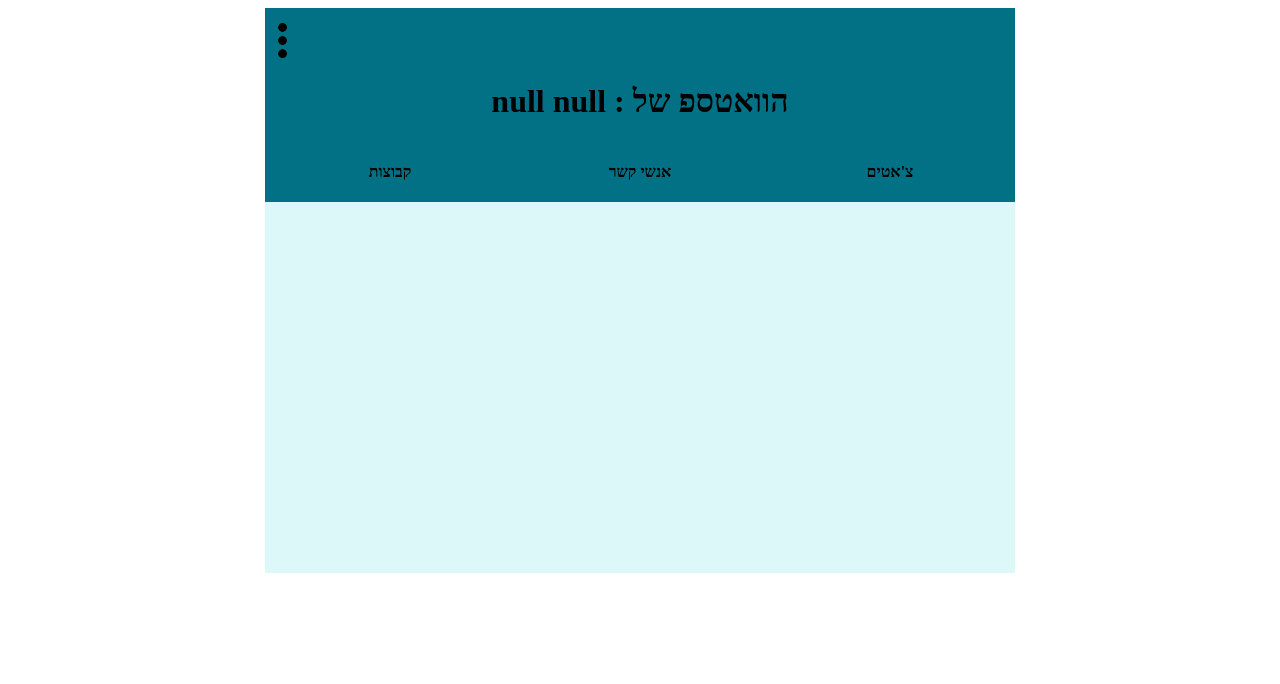
Repository: shlomoYosefi/whatsapp-spring-mongo
Page: whatsapp-client/whatsapp/whatsapp.html
The author's editor kept a copy of each file at every save. The page is drawn from the files as they stood at one save, then again after a run of saves.
The browser window is 1280 px wide. The pictures show the whole page.
The page's requests for data from a server got no answer.

Above is the page before, as saved 2021-08-11 15:06:57.
Console error: SyntaxError: Unexpected token 'async'

### whatsapp-client/whatsapp/whatsapp.html
<!DOCTYPE html>
<html lang="en">

<head>
    <meta charset="UTF-8">
    <meta name="viewport" content="width=device-width, initial-scale=1.0">
    <meta http-equiv="X-UA-Compatible" content="ie=edge">
    <link rel="stylesheet" href="style.css">
    <title>Document</title>
</head>

<body>

    <div class="conteiner">
        <div class="myWhatsapp" >

            <div style="background-color: rgb(2, 113, 133);" >
                <div class="menu">
                    <img id="menu" onclick="menu()" src="../images/burger.png" srcset="">
                    <ul id="ul">
                        <span id="addGroupSpan" style="cursor: pointer" onclick="selectMenue(this.id)">הוסף קבוצה</span>
                    </ul>

                    <div id="addGroup">
                        <div class="nameGroup">
                            <label for="">שם קבוצה:</label>
                            <input id="nameGrup" type="text">
                        </div>
                        <button id="buttonAddGroup" onclick="addGroupName()">הוסף</button>
                    </div>

                    <div class="addUserToGroup">
                        <div id="addUserToMenu">


                        </div>
                    </div>



                </div>
                <h1 id="title" class="title"><b><u></u> </u></b></h1>
                <div class="list-select">
                    <h4 id="group" onclick="selectNav(this.id)">קבוצות</h4>
                    <h4 id="users" onclick="selectNav(this.id)">אנשי קשר</h4>
                    <h4 id="messages" onclick="selectNav(this.id)">צ'אטים</h4>
                </div>
            </div>
            <div id="content" class="content">
            </div>
            <div id="send-message" class="send-message">
                <textarea id="sendText" dir="rtl" name="" id="" cols="30" rows="10"></textarea>
                <button style="width: 99%;height: 30px;" onclick="sendMessage()">שלח</button>
            </div>
        </div>



        <script type="module" src="service.mjs"></script>
        <script src="router.js"></script>
        <script src="functionsToHtml.js"></script>

</body>

</html>

### whatsapp-client/whatsapp/style.css
.myWhatsapp{
    margin: auto;
    text-align: center;
    min-width: 500px;
    max-width: 750px;
    height: 100%;
    position: relative;
}


.title{
    /* padding-top: 30px; */
}

h4{
    cursor: pointer;
}


.content{
    direction: rtl;
    margin: auto;
    background-color: rgb(244, 248, 248);
    min-width: 500px;
    max-width: 750px;
    height: 50vh;
    background-color: rgb(220, 248, 248);
    overflow: auto;
    padding-top: 11px

    /* border: solid 1px; */
}

.menu{
    text-align: left;
    padding-top: 15px
}
#menu{
    width: 35px;
    height: 35px;
    cursor: pointer;
}
#ul{
    box-shadow: 0 4px 8px 0 rgba(0, 0, 0, 0.2), 0 6px 20px 0 rgba(0, 0, 0, 0.19);
    display: none;
    width: 130px;
    min-height: 100px;
    background-color: rgb(188, 199, 199);
    position: fixed;
}
#addGroupSpan{
    padding: 10px;
}


.addUserToGroup{
    background-color: aliceblue;
    width: 60%;
    justify-content: center;
    text-align: center;
}


#addGroup{
    box-shadow: 0 4px 8px 0 rgba(0, 0, 0, 0.2), 0 6px 20px 0 rgba(0, 0, 0, 0.19);
    position: absolute;
    width: 400px;
    height: 235px;
    background-color: rgb(231, 228, 225);
    text-align: center;
    display: none;

}

.nameGroup{
    justify-content: center;
    margin-top: 100px;
    display: flex;
    direction: rtl;
    padding-bottom: 30px;
}

.list-select{
    display: flex;
    justify-content: space-between;
    width: 80%;
    margin: auto;
}

textarea{
    min-width: 99%;
    height: 10vh;
    background-color: rgb(255, 246, 246)
}

.send-message{
    display: none;
}

.msgName{
    display: flex;
    /* padding-bottom: 10px; */
}

.wrapMessage{
    height: 70px;
    cursor: pointer;
    padding-right: 10px;


}

#spanName{
    padding-right: 20px;
    width: 70%;
    text-align: right
}


.msgText{
    width: 40%;
    text-align: right;
    padding: 15px;
}

#spanTextMsg{}

#msgText{
    padding-right: 20px;
}

.time{
    padding-right: 60px;
    display: flex;
    flex-direction: column
}

.wrapMessageMsg{
    min-height:50px ;
    cursor: pointer;
}

.msg{
    display: flex;
    padding-right: 30px;
    max-width: 290px;
    direction: rtl;
    border: solid 1px;
    border-radius: 50px;
    cursor: pointer;
}

.timeMsg{
    width: 40%;
    display: flex;
    flex-direction: column;
    padding: 15px
}
span{
    min-width: 139px;
}
h4{
    width: 100px;
}
.active{
    background-color: rgb(235, 236, 236)
}
#wrapreciver{
    direction: ltr
}
#spanreciver{
    direction: ltr
}


#reciver{
    background-color: rgb(172, 248, 128)
}

### whatsapp-client/whatsapp/service.mjs


// const urlMessages = "http://localhost:30000/messages/"
const senderId = localStorage.getItem("username")
const nameCurrentUser = localStorage.getItem("name") +" " + localStorage.getItem("lastname")

document.getElementById("title").innerHTML += `${nameCurrentUser} : הוואטספ של`


getAllMessages(senderId)

### whatsapp-client/whatsapp/router.js

var xhttp = new XMLHttpRequest();

function routerFunctions(method, url, callBack) {
    xhttp.open(method, url, true);
    xhttp.send();
    console.log("flkgfklfklfkhlf");

    xhttp.onreadystatechange = function () {
        if (this.readyState == 4 && this.status == 200) {
            console.log("request");
            if (callBack) {
                callBack(xhttp.responseText)
            }
        }
    };

}

### whatsapp-client/whatsapp/functionsToHtml.js
// import { getAllMessagesByUserService } from "./service.mjs";

const urlMessages = "http://localhost:8080/api/v1/messages/"
const urlMessagesGroup = "http://localhost:8080/api/v1/messagesGroups/"
const urlUsers = "http://localhost:8080/api/v1/users/";
const urlGroups = "http://localhost:8080/api/v1/group/"


let currentUser = localStorage.getItem("username")
let content = document.getElementById("content")
let sendText = document.getElementById("sendText")
let ul = document.getElementById("ul");
let addGroup = document.getElementById("addGroup");
let addGroupSpan = document.getElementById("addGroupSpan");


let reciver = ""
let nameGroup=""
let users = [];
let allUsers =[]
let allGroups =[]
let messages = [];
let nameUser = "";
let activeNav = ""
let nameReciver=""

selectNav("messages")




function getUsers(val) {
    if(val){
    allUsers =[]
    val = JSON.parse(val);
    for (i in val){
        if(val[i].email == currentUser)continue;
        allUsers.push(val[i])
    }
    writeToHtmlAllUsers();
}
}

function getAllGroupsValues(val){
    allGroups =[]
    val = JSON.parse(val);
    for (i in val){
        allGroups.push(val[i])
    }
    writeToHtmlAllGroups();
}





function getAllMessagesOfSender(val) {
    if(val){
    users = []
    messages = []
    const valParse = JSON.parse(val)
    for (i in valParse) {

        nameSender = ""
        if (valParse[i].receiverId == localStorage.getItem("username")) {
            nameUser = valParse[i].senderId
            nameSender = valParse[i].senderName
        }
        else if (valParse[i].senderId == localStorage.getItem("username")) {
            nameUser = valParse[i].receiverId;
            nameSender = valParse[i].reciverName
        }
        if (users.includes(nameUser)) continue;
        valParse[i].timeString = valParse[i].timeString
        if (valParse[i].text.length > 35) {
            valParse[i].text = valParse[i].text.substring(0, 25) + "  ...  "
        }
        users.push(nameUser)
        valParse[i]["name"] = nameSender

        messages.push(valParse[i])

    }
    writeToHtmlUsers();
}
}


function getAllMessagesOfGroups(val){
    messages =[]
    const valParse = JSON.parse(val)
    for (i in valParse) {
        valParse[i].timeString = valParse[i].timeString
        messages.push(valParse[i])
    }
    writeToHtmlMessages()
}




function getAllMessagesByUser(val) {
    messages = []
    const valParse = JSON.parse(val)
    for (i in valParse) {
        valParse[i].timeString = valParse[i].timeString
        messages.push(valParse[i])
    }
    writeToHtmlMessages();
}


function addGroupName(){
    let textName =document.getElementById("nameGrup").value;
    if(textName !=""){
        addGroup.style.display = "none";
        let dataJson = { "name": textName, "creator": currentUser}
        routerFunctions("POST",`${urlGroups}`,printResult,dataJson);
    }
}


function getCliceGroup(name){
    nameGroup = name
    routerFunctions("GET",`${urlMessagesGroup}getMessagesByGroup?group=${name}`,getAllMessagesOfGroups);
    addGroupSpan.innerHTML ="הוסף חבר לקבוצה"
    addGroupSpan.id = 'addUserToGroup';

    nameReciver =""
}



function getCliceUser(userName,index) {

    routerFunctions("GET", `${urlMessages}getMessages?sender=${currentUser}&reciver=${userName}`, getAllMessagesByUser)

    reciver = userName;
    nameReciver =document.getElementById(`spanName${index}`).innerHTML
    console.log("nameeeee",nameReciver);
    document.getElementById(activeNav).className = "";
    document.getElementById("messages").className = "active"
    activeNav = "messages";

}


function sendMessage() {
    if(nameGroup !=""){
        sendMessageToGroup()
        return
    }
    valueText = sendText.value;
    if(valueText =="") return
    let dataJson = { "text": valueText, "senderId": currentUser, "receiverId": reciver }
    routerFunctions("POST", `${urlMessages}`, getAllMessagesByUser, dataJson)
    sendText.value = "";
}


function sendMessageToGroup() {
    valueText = sendText.value;
    if(valueText =="") return
    let dataJson = { "text": valueText, "senderId": currentUser, "nameGrup": nameGroup }
    routerFunctions("POST", `${urlMessagesGroup}`, getAllMessagesOfGroups, dataJson)
    sendText.value = "";
}


function getAllUsers(){
    routerFunctions("GET",`${urlUsers}`,getUsers);
}


function getAllMessages(sender){
    routerFunctions("GET",`${urlMessages}getMessagesOfSender?sender=${sender}`,getAllMessagesOfSender);
}


function getAllGroups(){
    routerFunctions("GET",`${urlGroups}?sender=${currentUser}`,getAllGroupsValues);
}

function getMessagesAfter



async function removeMessage(id , currentUser){
    console.log(currentUser,reciver);
    await routerFunctions("DELETE",`${urlMessages}?id=${id}&sender=${currentUser}`);
    console.log(100);
    // routerFunctions("GET", `${urlMessages}getMessages?sender=${currentUser}&reciver=${reciver}`, getAllMessagesByUser)
}

function removeMessageGroup(id , currentUser , nameGroup){
    routerFunctions("DELETE",`${urlMessagesGroup}?id=${id}&sender=${currentUser}`,getAllMessagesOfGroups);
}

function addUserGroup(id){
    let dataJson = { "nameGroup": nameGroup, "userName": id, "creator": currentUser }
    routerFunctions("POST", `${urlGroups}addUser`, printResult, dataJson)
}




function selectNav(id) {
    switch (id) {

        case "messages":
                getAllMessages(currentUser)
                nameGroup =""
                addGroupSpan.id = "addGroupSpan"
                addGroupSpan.innerHTML ="הוסף קבוצה"

            break;
        case "group":
                getAllGroups()
                nameGroup =""
                addGroupSpan.id = "addGroupSpan"
                addGroupSpan.innerHTML ="הוסף קבוצה"

            break;
        case "users":
                getAllUsers()
                addGroupSpan.id = "addGroupSpan"
                addGroupSpan.innerHTML ="הוסף קבוצה"

            break;
    }
    document.getElementById("send-message").style.display = "none";
    content.style.height = "60vh";
    activeNav == "" ? "" : document.getElementById(activeNav).className = "";
    document.getElementById(id).className = "active"
    activeNav = id;
}



function deleted(id){

    const select = confirm ("אתה בטוח שברצונך למחוק את זה?")
    if(select){
        if(nameGroup !=""){
            removeMessageGroup(id,currentUser,nameGroup) ;
            return
        }
        removeMessage(`${id}`,currentUser,reciver) ;
}
}


function menu(){
    if(ul.style.display == "block"  || addGroup.style.display == "block" ) {
        ul.style.display = "none";
        addGroup.style.display = "none"
    }
    else ul.style.display = "block";
}

function selectMenue(id){
    if(addGroup.style.display = "block")addGroup.style.display = "none"
    switch(id){
        case "addGroupSpan":
            ul.style.display = "none";
            addGroup.style.display = "block"
            break;
        case "addUserToGroup" :
            document.getElementById("addUserToMenu").style.display = "block"

            dataUser()
            menu()
            break;
    }

}




function printResult(val){
    alert(val);
    return
}




var xhttp = new XMLHttpRequest();

function routerFunctions(method, url, callBack, data) {

    xhttp.open(method, url, true);
    xhttp.setRequestHeader('Content-Type', 'application/json');
    if (data != null) {

        xhttp.send(JSON.stringify(data));
    }
    else {
        xhttp.send();
        xhttp.onreadystatechange = function () {

            if (this.readyState == 4 && this.status == 200) {
                console.log(200);
                if (callBack) {
                    callBack(xhttp.responseText)
                }
            }
            else if (this.readyState == 4 && this.status > 200){
                printResult(xhttp.responseText)
            }
        }
    };
}












function writeToHtmlUsers() {
    content.innerHTML = "";
    for (let i = 0; i < users.length; i++) {
        console.log(messages[i]);
        content.innerHTML += `<div class="wrapMessage">
        <div id="${users[i]}" class="${users[i]}" onclick="getCliceUser(this.id,${i})">
        <div class="msgName">
            <span id="spanName${i}" style="color:red ;padding-right: 20px;">${messages[i].receiverName}</span>
            <div class="time">
            <span id="spanHour">${messages[i].dateString}</span>
            <span id="spanHour">${messages[i].timeString}</span>
            </div>
        </div>
        <div class="msgText">
            <span id="msgText">${messages[i].text}</span>
            </div>
        </div>
        </div><hr>`
    }
}


function writeToHtmlAllUsers() {
    content.innerHTML = "";
    for (let i = 0; i < allUsers.length; i++) {
        content.innerHTML += `<div id="${allUsers[i].email}" class="wrapMessage" onclick="getCliceUser(this.id,${i})">
        <div class="${allUsers[i].email}"  >
        <div class="msgName">
            <span id="spanName${i}" >${allUsers[i].name} ${allUsers[i].lastName}</span>
            <div class="time">
            <span id="spanHour">${allUsers[i].phone}</span>
            </div>
        </div>
        </div>
        </div><hr>`
    }

}

function arrUser(val){
    allUsers =[]
    val = JSON.parse(val);
    for (i in val){
        allUsers.push(val[i])
    }
    writeHtmlToAddUser()

}


function writeToHtmlMessages() {
    content.innerHTML ="";
    let senderOrReciver =""
    content.innerHTML = `<div id="nameReciver" style="color:red; padding-right: 20px;">${nameReciver}</div>`;
    for (let i =0; i <=messages.length-1; i++) {

        messages[i].senderId == currentUser? senderOrReciver="sender": senderOrReciver = "reciver"
        content.innerHTML += `
        <div class="wrapMessageMes" id= wrap${senderOrReciver}>
        <div id="${messages[i].id}" class="${messages[i].id}" style="padding:15px" ondblclick="deleted(this.id)">

        <div class="msg"  id=${senderOrReciver} >
            <div class="msgText">
            <span id="spanTextMsg">${messages[i].text}</span>
            </div>
                <div class="timeMsg">
                    <span id="spanHour">${messages[i].dateString}</span>
                    <span id="spanTime">${messages[i].timeString}</span>
            </div>
            </div>
            </div>
        </div>`
    }

    document.getElementById("send-message").style.display = "block";
    content.style.height = "40vh";
}


function writeToHtmlAllGroups(){
    content.innerHTML = "";
    for (let i = 0; i < allGroups.length; i++) {
        content.innerHTML += `<div id="${allGroups[i].name}" class="wrapGroup" onclick="getCliceGroup(this.id)" >
        <div class="groupName" style="cursor: pointer;">
            <span id="spanName" style="font-size:30px" text-align:cebter ><b>${allGroups[i].name}</b></span>
        </div>
        </div><hr>`
    }
}

function dataUser(){
    routerFunctions("GET",`${urlUsers}getAllUsers`,arrUser);
}


function addUserToGroup(id){
    addUserGroup(id.split("addUser")[1])
    document.getElementById("addUserToMenu").style.display = "none"

}


 function writeHtmlToAddUser(){
   let htmlAddUser = document.getElementById("addUserToMenu")
    for (let i = 0; i < allUsers.length; i++) {
    htmlAddUser.innerHTML += `<span id="addUser${allUsers[i].email}" class="wrapMessage" onclick="addUserToGroup(this.id)">
        ${allUsers[i].name} ${allUsers[i].lastname}
        <span id="spanHour">${allUsers[i].phone}</span>
    <hr>`
}
}

After the next 3 saves:
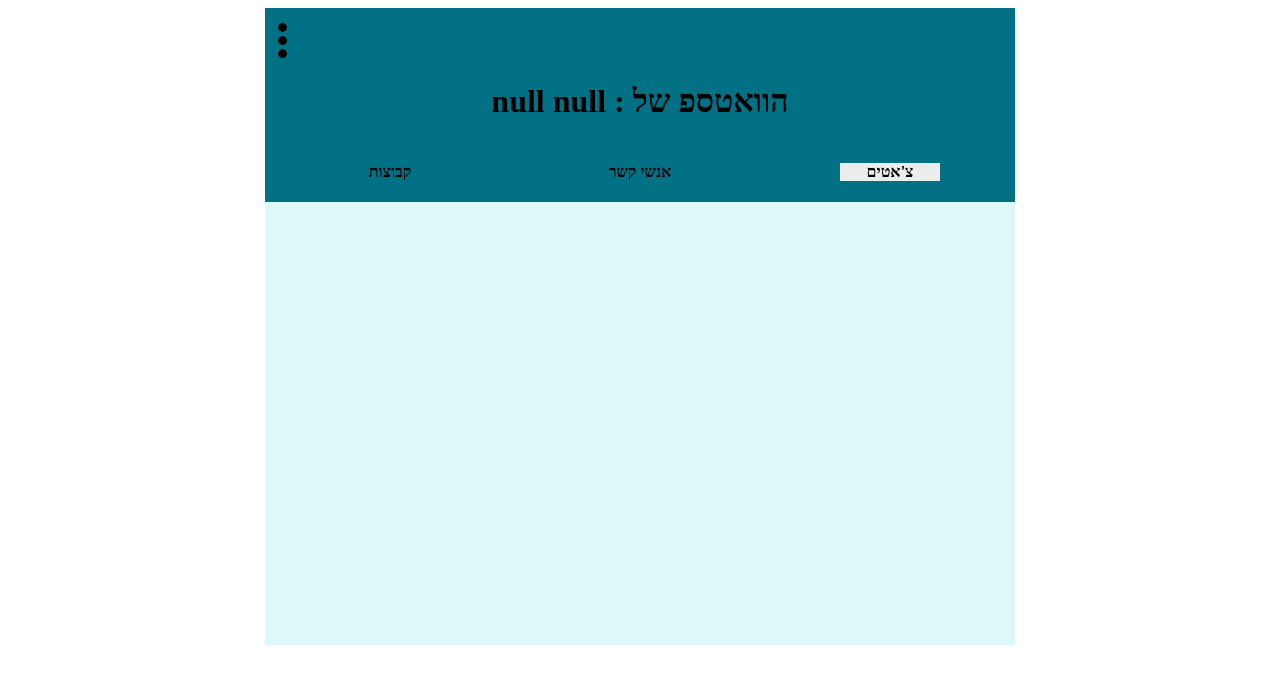
The error is gone.
The 3 saves are shown as one change because they came seconds apart.
The last was saved 8 s later.
--- a/whatsapp-client/whatsapp/functionsToHtml.js
+++ b/whatsapp-client/whatsapp/functionsToHtml.js
@@ -181,7 +181,9 @@ function getAllGroups(){
     routerFunctions("GET",`${urlGroups}?sender=${currentUser}`,getAllGroupsValues);
 }
 
-function getMessagesAfter
+function getMessagesAfterDelete(){
+
+}
 
 
 
